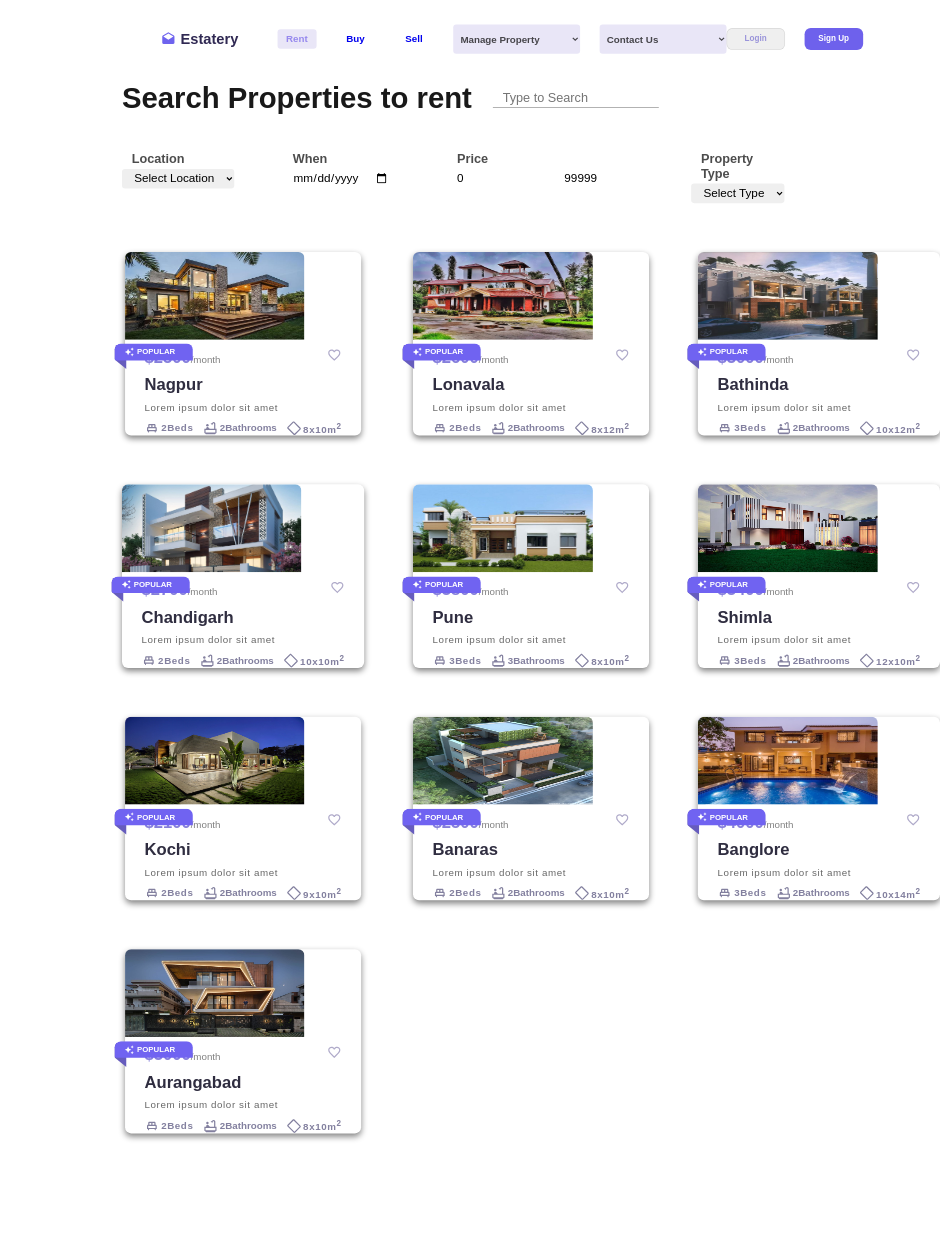
Repository: kapil4457/Reunion-Internship-Assignment
Page: /
The author's editor kept a copy of each file at every save. The page is drawn from the files as they stood at one save, then again after the next save.
The browser window is 1280 px wide. The page is 1541 px wide, so the pictures cover 1541 px, including what lies to the right of the window. The pictures show the whole page, at 61% of full size.
The project was rebuilt for these pictures with package versions that can differ from the ones it lists, and the page was loaded fresh each time. Also part of the build but not shown: src/App.css.

Above is the page before, as saved 2022-10-07 20:37:28.

After the next save:
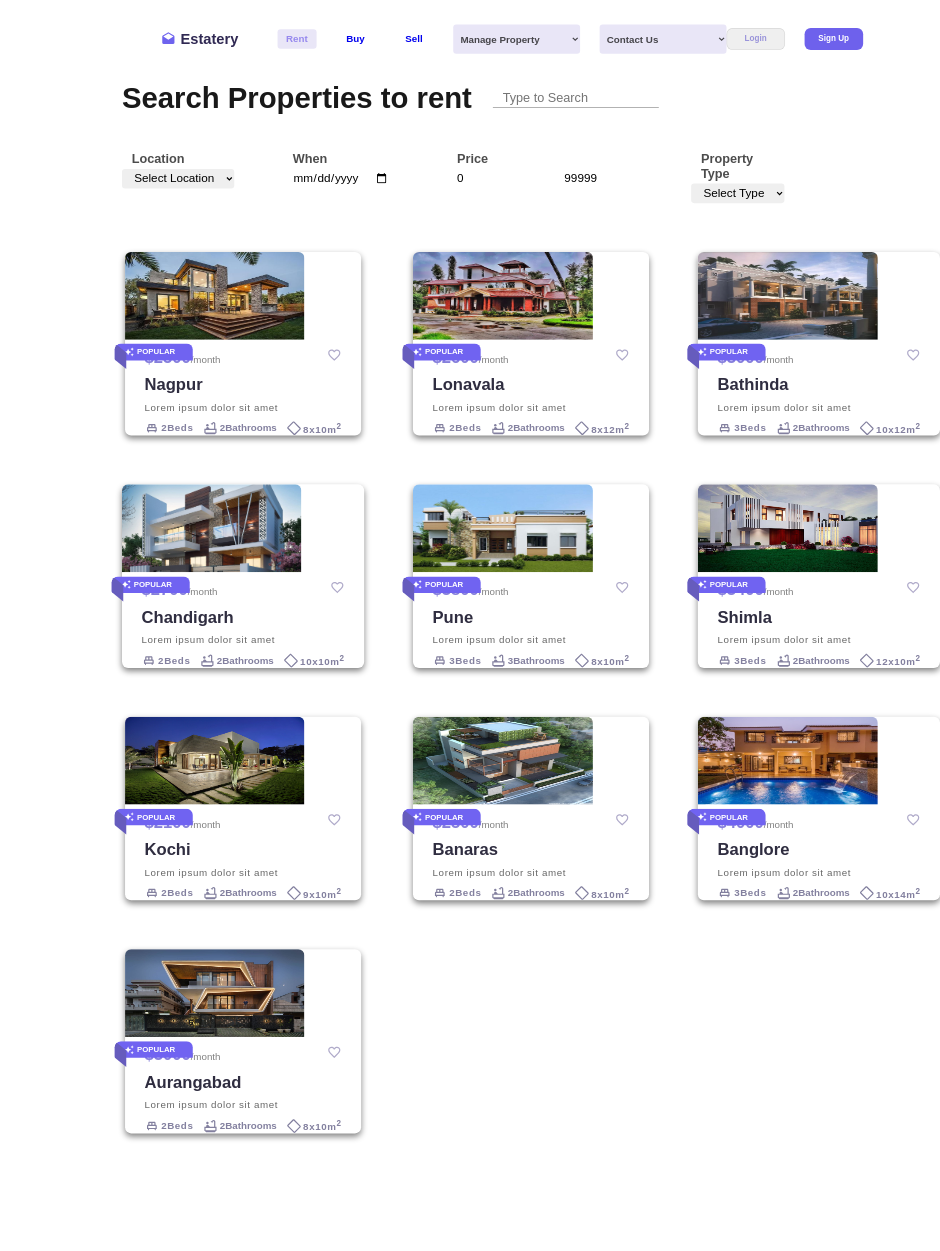
Saved 8 s later.
--- a/src/components/RentCard/RentCard.css
+++ b/src/components/RentCard/RentCard.css
@@ -96,7 +96,7 @@
     height: 50%;
     border-radius:10px 10px 10px 3px;
     background-color: rgb(112,99,241);
-    z-index: 1;
+    /* z-index: 1; */
     display: flex;
     align-items: center;
     gap:0.3rem;

After the save that followed:
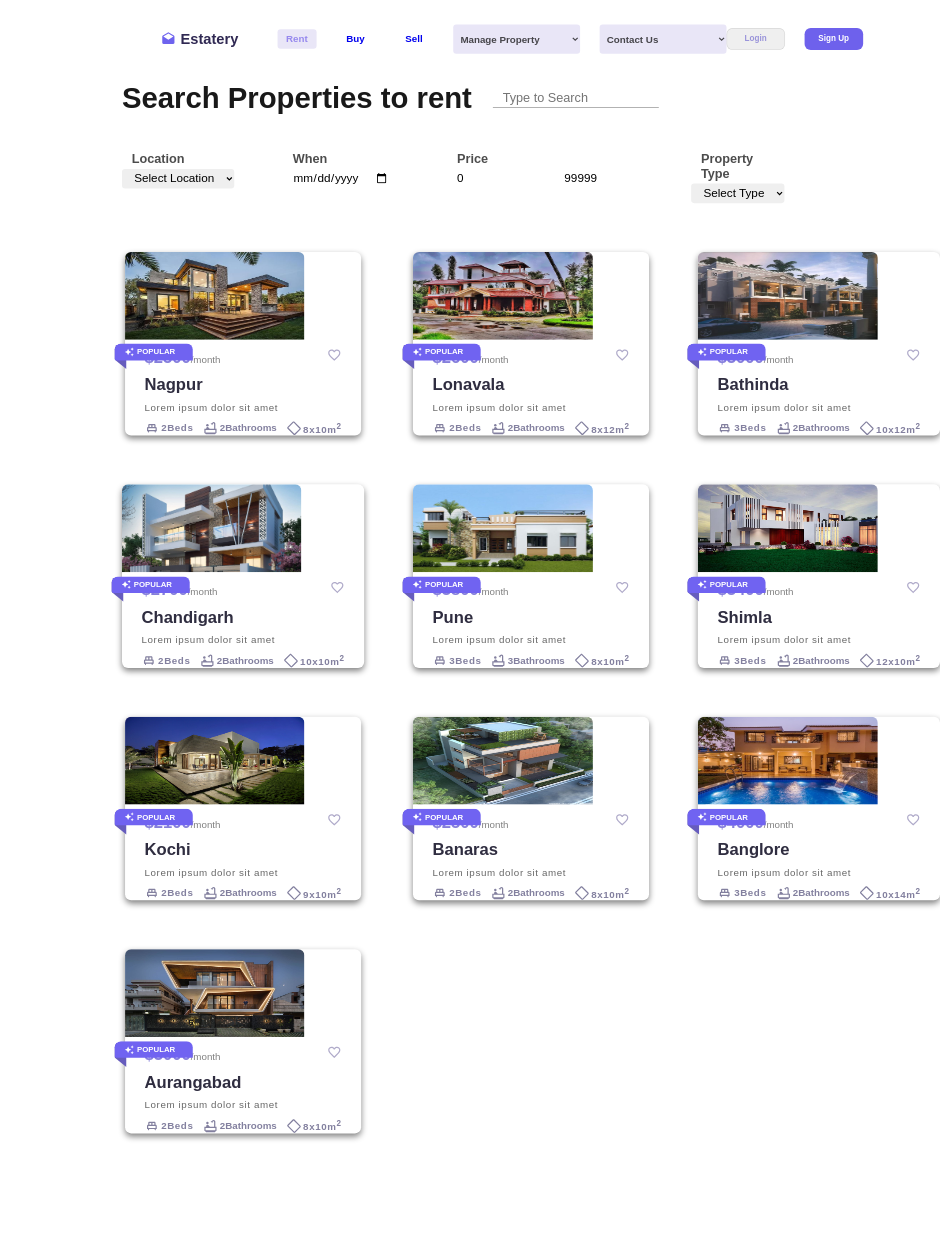
Saved 5 s later.
--- a/src/components/RentCard/RentCard.css
+++ b/src/components/RentCard/RentCard.css
@@ -96,7 +96,7 @@
     height: 50%;
     border-radius:10px 10px 10px 3px;
     background-color: rgb(112,99,241);
-    /* z-index: 1; */
+    z-index: 1;
     display: flex;
     align-items: center;
     gap:0.3rem;
